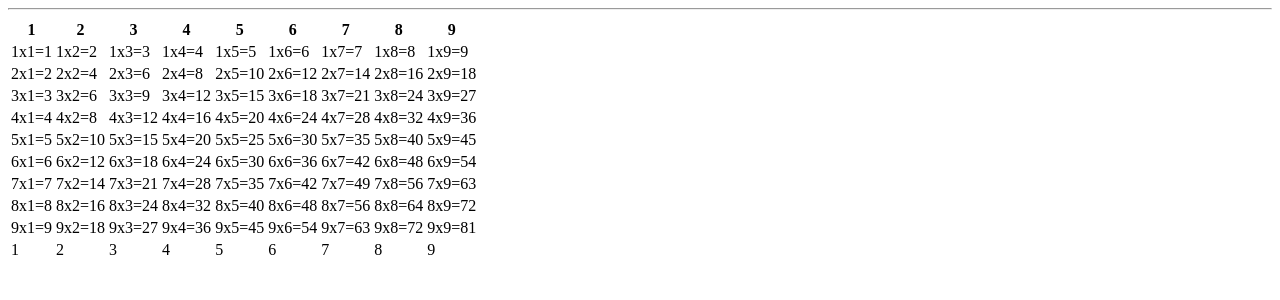
Repository: SongSooJin/JSP
Page: http://localhost/5-jsp-basic/example5/gugudan2.jsp
The author's editor kept a copy of each file at every save. The page is drawn from the files as they stood at one save, then again after a run of saves.
The browser window is 1280 px wide. The pictures show the whole page.
The page is served by Tomcat 9.

Above is the page before, as saved 2018-10-08 05:52:20.

After the next 2 saves:
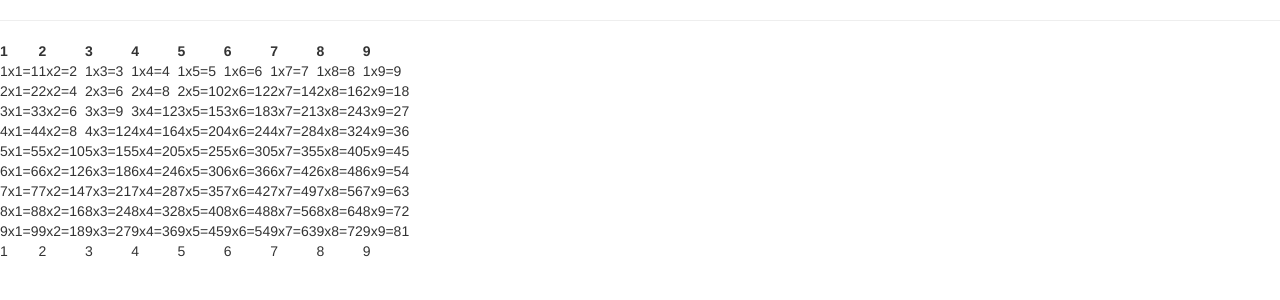
The 2 saves are shown as one change because 1 did not build or start.
The last was saved 3 min 49 s later.
--- a/5-jsp-basic/WebContent/example5/gugudan2.jsp
+++ b/5-jsp-basic/WebContent/example5/gugudan2.jsp
@@ -5,6 +5,10 @@
 <head>
 <meta charset="UTF-8">
 <title>Insert title here</title>
+<meta name="viewport" content="width=device-width, initial-scale=1">
+  <link rel="stylesheet" href="https://maxcdn.bootstrapcdn.com/bootstrap/3.3.7/css/bootstrap.min.css">
+  <script src="https://ajax.googleapis.com/ajax/libs/jquery/3.3.1/jquery.min.js"></script>
+  <script src="https://maxcdn.bootstrapcdn.com/bootstrap/3.3.7/js/bootstrap.min.js"></script>
 
 </head>
 <body>
